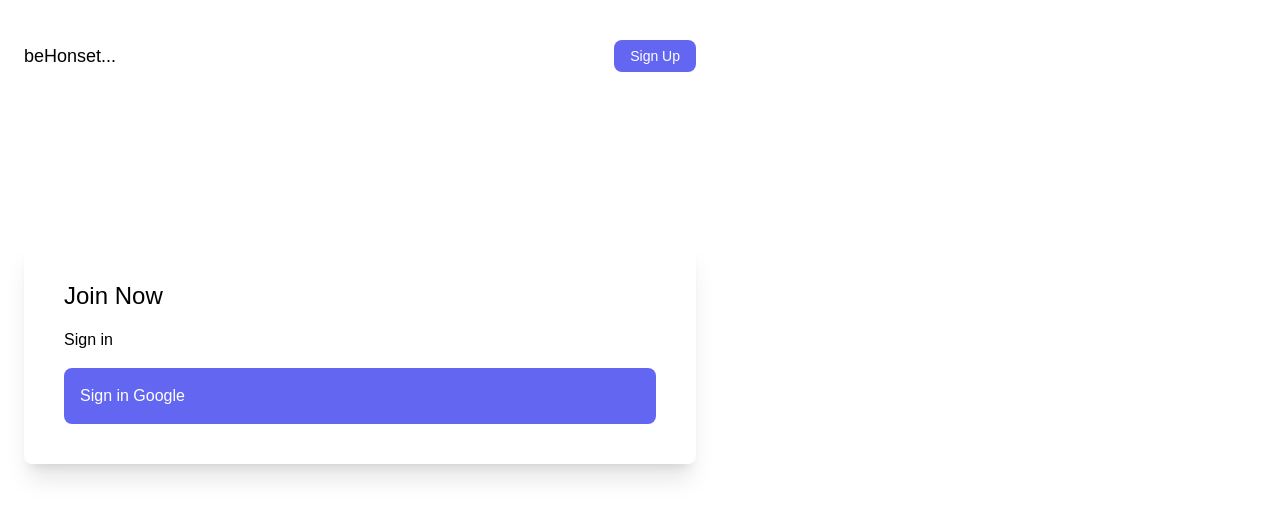
Repository: aidenfine/be-honset
Page: /login
An editor plug-in stored every save of this project. The page is shown before and after the next save, followed by the edit.
The browser window is 1280 px wide. The pictures show the whole page.
The project was rebuilt for these pictures with package versions that can differ from the ones it lists, and the page was loaded fresh each time. The framework's server and built-in components were replaced by stand-ins that run in the browser. Also part of the build but not shown: next.config.js.

Above is the page before, as saved 2022-10-26 18:33:05.

### pages/_app.js
import '../styles/globals.css'
import Layout from '../components/layout'

function MyApp({ Component, pageProps }) {
  return(
    <Layout>
      <Component {...pageProps} />
    </Layout>

  )
}

export default MyApp

### pages/login.js
export default function Login(){
    return(
        <div className="shadow-xl shadow-xl mt-32 p-10 text-black rounded-lg bg-white">
            <h2 className="text-2xl font-medium">Join Now</h2>
            <div>
                <h3 className="py-4">Sign in</h3>
                <button className="text-white bg-indigo-500 w-full font font-medium rounded-lg flex align-middle p-4">Sign in Google</button>
            </div>
        </div>

    )
}

### styles/globals.css
@tailwind base;
@tailwind components;
@tailwind utilities;


* {
  font-family: 'Montserrat', sans-serif;

}

### components/layout.js
import Nav from "./Nav";

export default function Layout({ children }){
    return(
        <div className="mx-6 md:max-w-2xl md-mx-auto font-montserrat">
            <Nav />
            <main>{children}</main>
        </div>
    )
}

### components/Nav.js
import Link from "next/link"

export default function Nav(){

    return(
        <nav className="flex justify-between items-center py-10">
            <Link href="/">
            <button className="text-lg font-medium text-black opacity-87" >beHonset...</button>
            </Link>
            <ul className="flex items-center gap-10">
                <Link href={"/login"} className="py-1.5 px-4 text-sm bg-indigo-500 text-white opacity-87 rounded-lg font-medium ml-8">Sign Up</Link>
            </ul>

        </nav>
    )
}

### tailwind.config.js
/** @type {import('tailwindcss').Config} */
module.exports = {
  content: [
    "./pages/**/*.{js,ts,jsx,tsx}",
    "./components/**/*.{js,ts,jsx,tsx}",
  ],
  darkMode: 'class',
  theme: {
    extend: {
      fontFamily: {
        montserrat: 'Montserrat',
      }
    },
  },
  plugins: [],
}

After the next save:
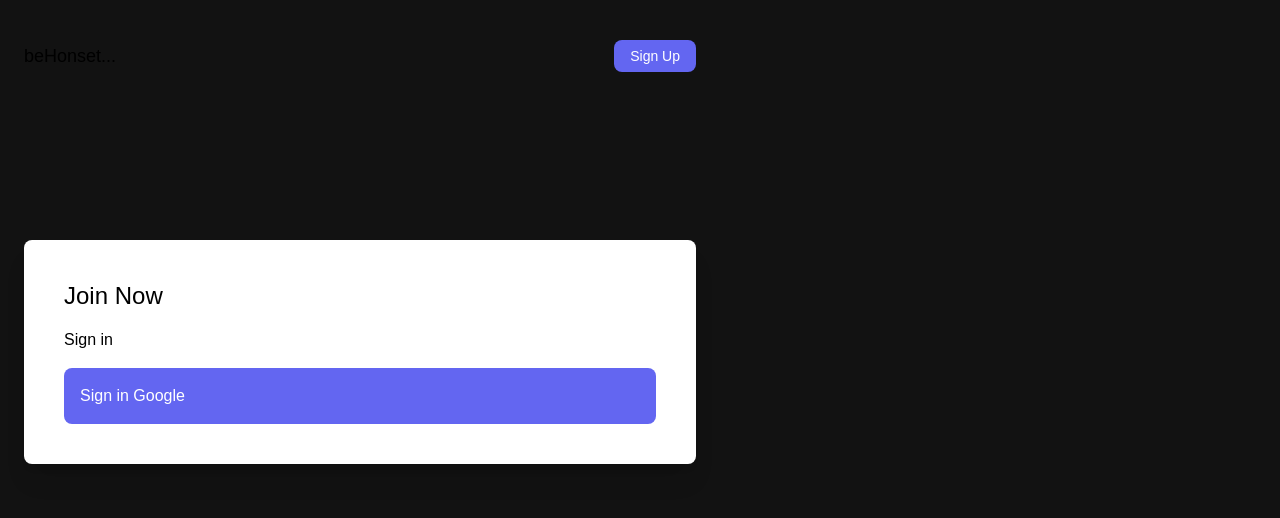
Saved 60 s later.
--- a/styles/globals.css
+++ b/styles/globals.css
@@ -7,3 +7,7 @@
   font-family: 'Montserrat', sans-serif;
 
 }
+
+html {
+  background-color: #121212;
+}
